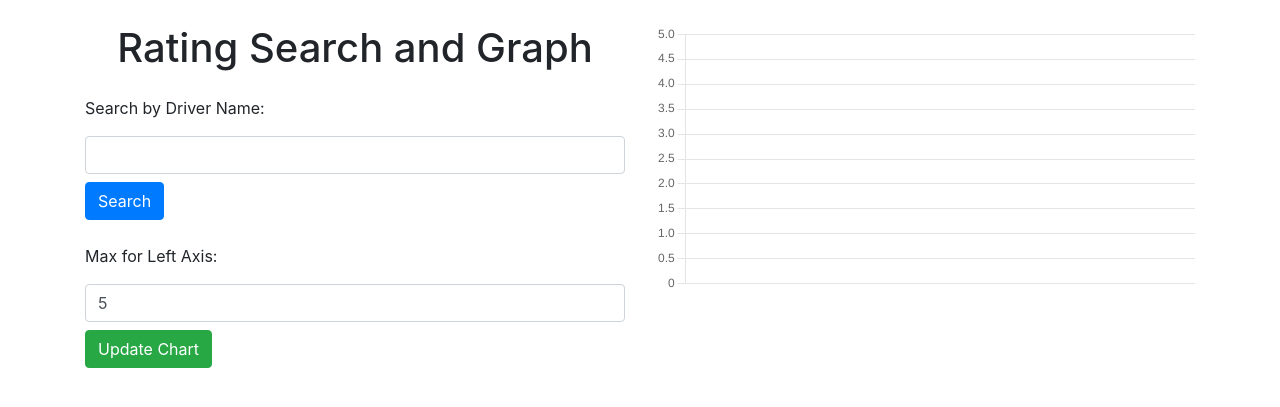
Repository: adrcstro/TrackingManagement
Page: http://localhost/tcpdf/Loginsystem/fetchdata.php
These files come from the project's save history. The page is drawn as it stood at one moment and after the next save; the edit follows.
The browser window is 1280 px wide. The pictures show the whole page.
Some web libraries are served in a nearby version. The page is run by PHP 8.4 with error messages shown; the project is at /var/www/html/. Queries for data that is not in the repository find no rows.

Above is the page before, as saved 2023-11-24 18:34:37.
Console error: TypeError: Cannot read properties of null (reading 'addEventListener')

After the next save:
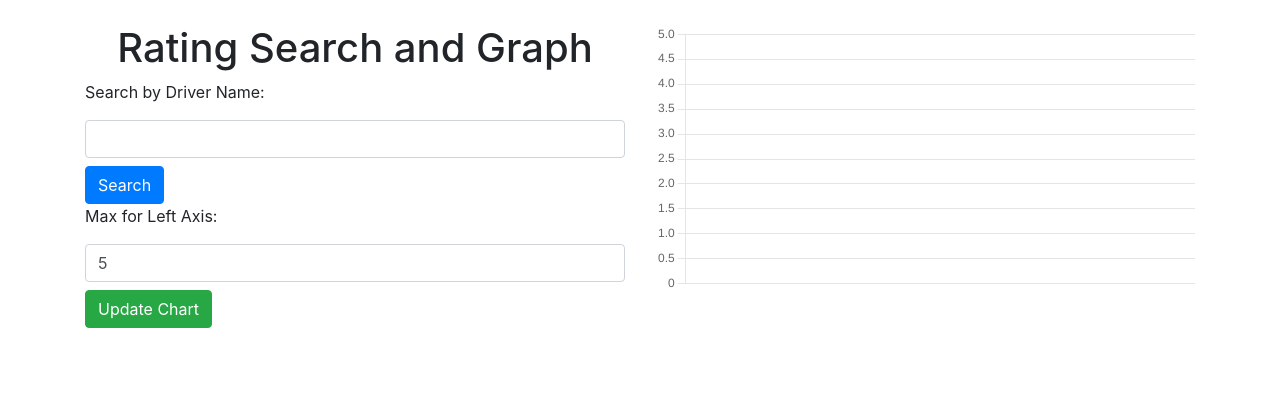
Saved 21 s later.
--- a/Loginsystem/fetchdata.php
+++ b/Loginsystem/fetchdata.php
@@ -53,14 +53,14 @@
             <div class="col-md-6">
                 <h1 class="text-center mt-4">Rating Search and Graph</h1>
 
-                <form method="post" action="" class="mt-4">
+                <form method="post" action="" class="mt-8">
                     <label for="search">Search by Driver Name:</label>
                     <input type="text" name="search" id="search" class="form-control mt-2">
                     <input type="submit" value="Search" class="btn btn-primary mt-2">
                 </form>
 
                 <!-- Input field for max value of left axis -->
-                <label for="maxLeft" class="mt-4">Max for Left Axis:</label>
+                <label for="maxLeft" class="mt-8">Max for Left Axis:</label>
                 <input type="number" name="maxLeft" id="maxLeft" value="5" class="form-control mt-2">
 
                 <button onclick="updateChart()" class="btn btn-success mt-2">Update Chart</button>
